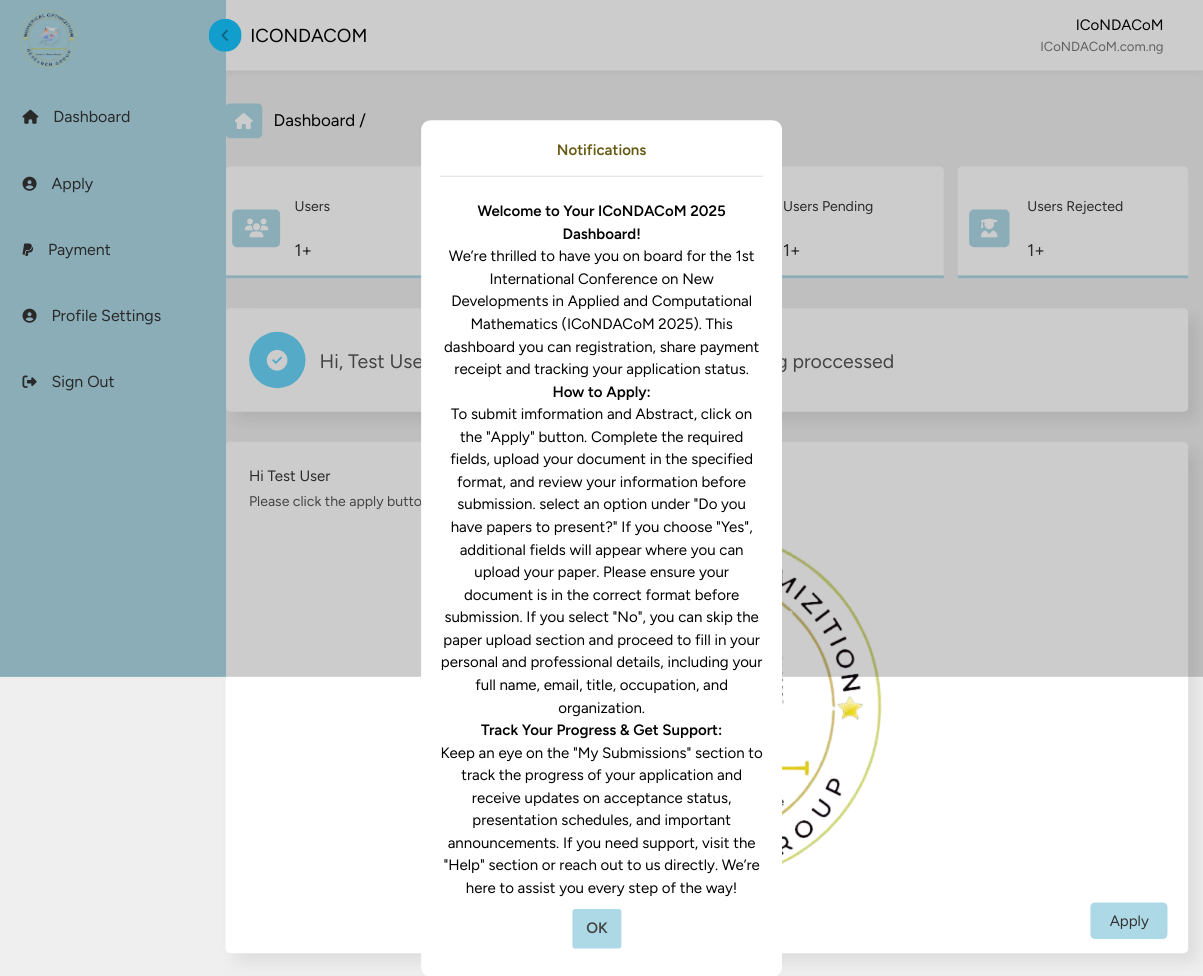
Repository: mrcode-gmb/aa-lectturn
Page: http://localhost/dashboard
An editor plug-in stored every save of this project. The page is shown before and after a run of saves, followed by the edit.
The browser window is 1280 px wide. The pictures show the whole page, at 94% of full size.
The page is served by the project's Laravel application, run on PHP 8.4 with Laravel 10. A made-up administrator, Test User (test@example.com), is signed in. Queries for data that is not in the repository find no rows.

Above is the page before, as saved 2025-02-07 10:34:50.

After the next 2 saves:
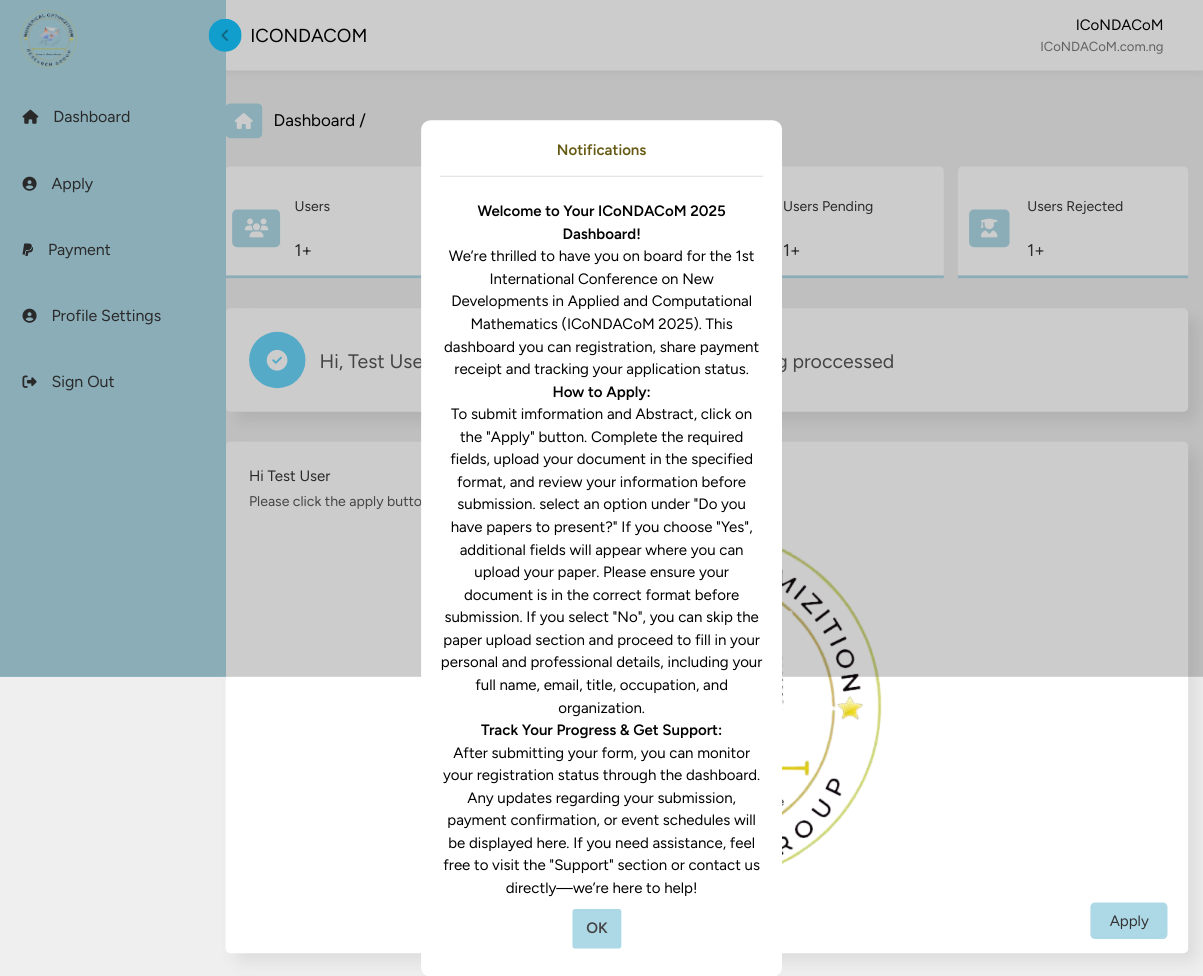
The 2 saves are shown as one change because they came seconds apart.
The last was saved 12 s later.
--- a/resources/views/dashboard.blade.php
+++ b/resources/views/dashboard.blade.php
@@ -175,13 +175,24 @@
             <form class="modal-body">
                 <p>
                     <b>Welcome to Your ICoNDACoM 2025 Dashboard!</b> <br>
-We’re thrilled to have you on board for the 1st International Conference on New Developments in Applied and Computational Mathematics (ICoNDACoM 2025). This dashboard you can registration, share payment receipt and tracking your application status.
-<br>
-<b>How to Apply:</b> <br>
-To submit imformation and Abstract, click on the "Apply" button. Complete the required fields, upload your document in the specified format, and review your information before submission. select an option under "Do you have papers to present?" If you choose "Yes", additional fields will appear where you can upload your paper. Please ensure your document is in the correct format before submission. If you select "No", you can skip the paper upload section and proceed to fill in your personal and professional details, including your full name, email, title, occupation, and organization.
-<br>
-<b>Track Your Progress & Get Support:</b><br>
-Keep an eye on the "My Submissions" section to track the progress of your application and receive updates on acceptance status, presentation schedules, and important announcements. If you need support, visit the "Help" section or reach out to us directly. We’re here to assist you every step of the way!
+                    We’re thrilled to have you on board for the 1st International Conference on New Developments in
+                    Applied and Computational Mathematics (ICoNDACoM 2025). This dashboard you can registration, share
+                    payment receipt and tracking your application status.
+                    <br>
+                    <b>How to Apply:</b> <br>
+                    To submit imformation and Abstract, click on the "Apply" button. Complete the required fields,
+                    upload your document in the specified format, and review your information before submission. select
+                    an option under "Do you have papers to present?" If you choose "Yes", additional fields will appear
+                    where you can upload your paper. Please ensure your document is in the correct format before
+                    submission. If you select "No", you can skip the paper upload section and proceed to fill in your
+                    personal and professional details, including your full name, email, title, occupation, and
+                    organization.
+                    <br>
+                    <b>Track Your Progress & Get Support:</b><br>
+                    After submitting your form, you can monitor your registration status through the dashboard. Any
+                    updates regarding your submission, payment confirmation, or event schedules will be displayed here.
+                    If you need assistance, feel free to visit the "Support" section or contact us directly—we’re here
+                    to help!
 
 
                 </p>
@@ -192,12 +203,12 @@
         </div>
     </div>
     <script>
-        const modalDismiss = ()=>{
+        const modalDismiss = () => {
             document.querySelector("#modal").style.display = "none";
         }
-        window.onclick = (e)=>{
+        window.onclick = (e) => {
             const modal = document.getElementById("modal")
-            if(e.target == modal){
+            if (e.target == modal) {
                 document.querySelector("#modal").style.display = "none";
             }
         }
